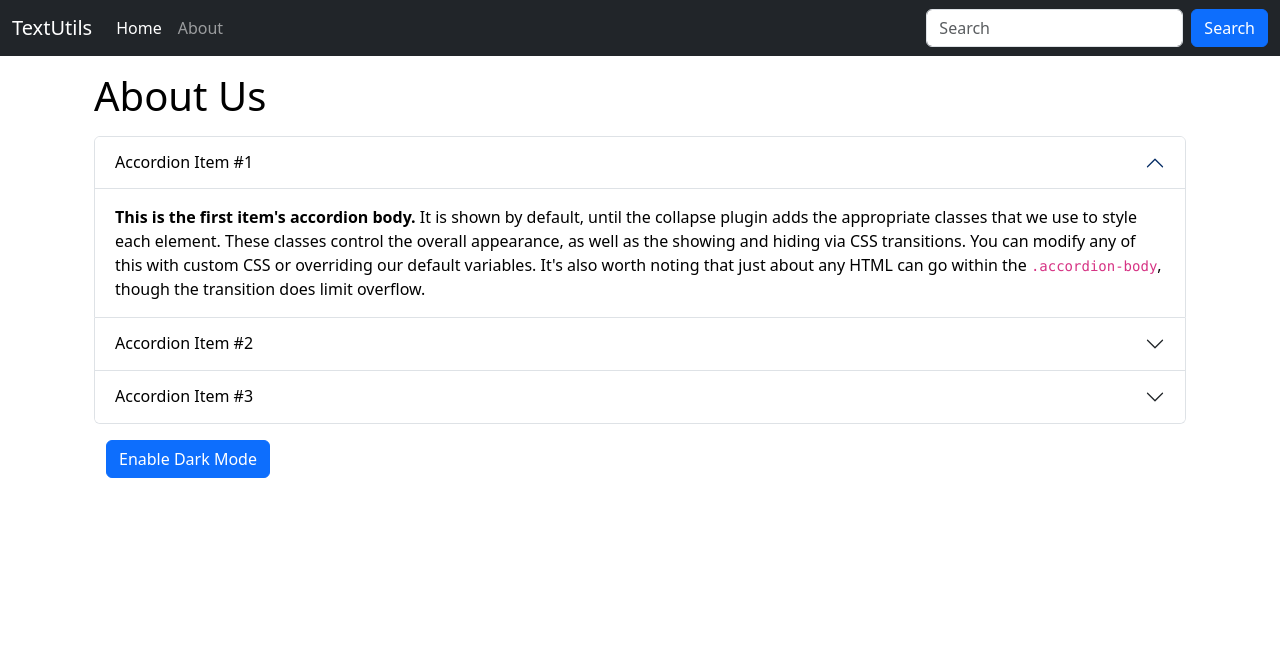
Repository: Rohit-foryou/Text-Utils
Page: /
An editor plug-in stored every save of this project. The page is shown before and after the next save, followed by the edit.
The browser window is 1280 px wide. The pictures show the whole page.
The project was rebuilt for these pictures with package versions that can differ from the ones it lists, and the page was loaded fresh each time. Also part of the build but not shown: src/index.css, src/App.css.

Above is the page before, as saved 2023-12-20 22:51:32.

After the next save:
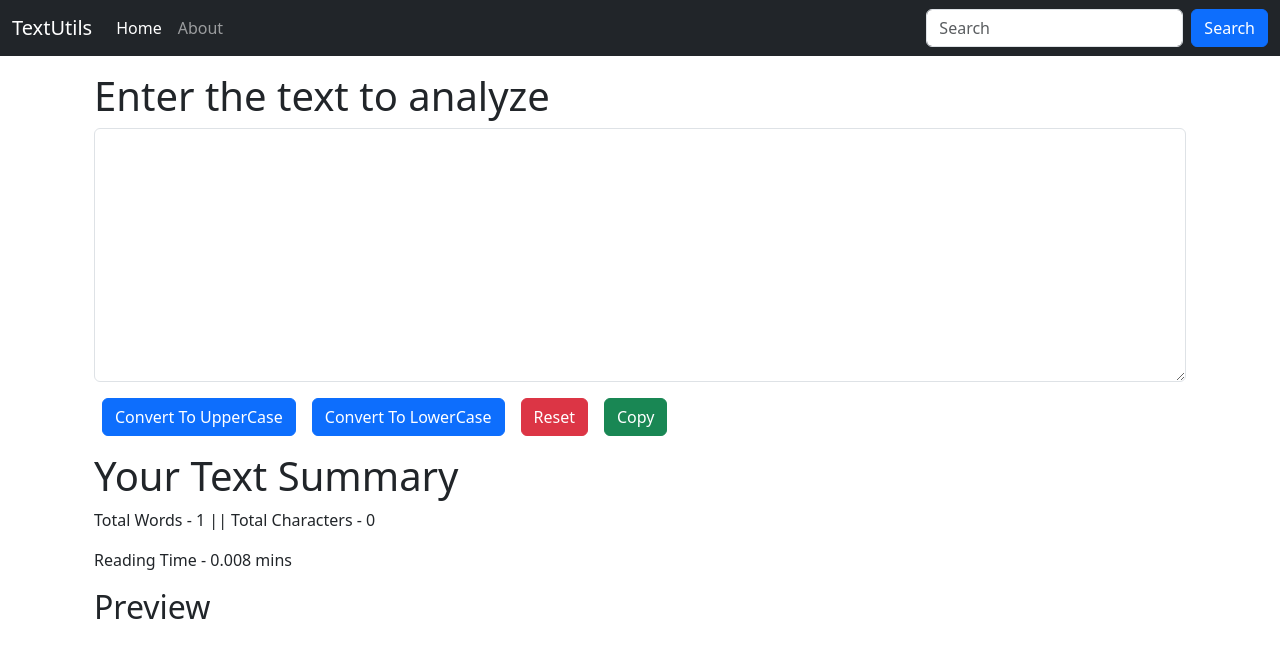
Saved 19 s later.
--- a/src/App.js
+++ b/src/App.js
@@ -1,7 +1,7 @@
 import "./App.css";
-import About from "./components/About";
+// import About from "./components/About";
 import Navbar from "./components/Navbar";
-// import TextForm from "./components/TextForm";
+import TextForm from "./components/TextForm";
 
 
 function App() {
@@ -9,8 +9,8 @@ function App() {
     <>
       <Navbar title = "TextUtils" aboutText = "About"/>
       <div className="container my-3">
-      {/* <TextForm heading = "Enter the text to analyze"/> */}
-      <About/>
+      <TextForm heading = "Enter the text to analyze"/>
+      {/* <About/> */}
       </div>
     </>
   );
